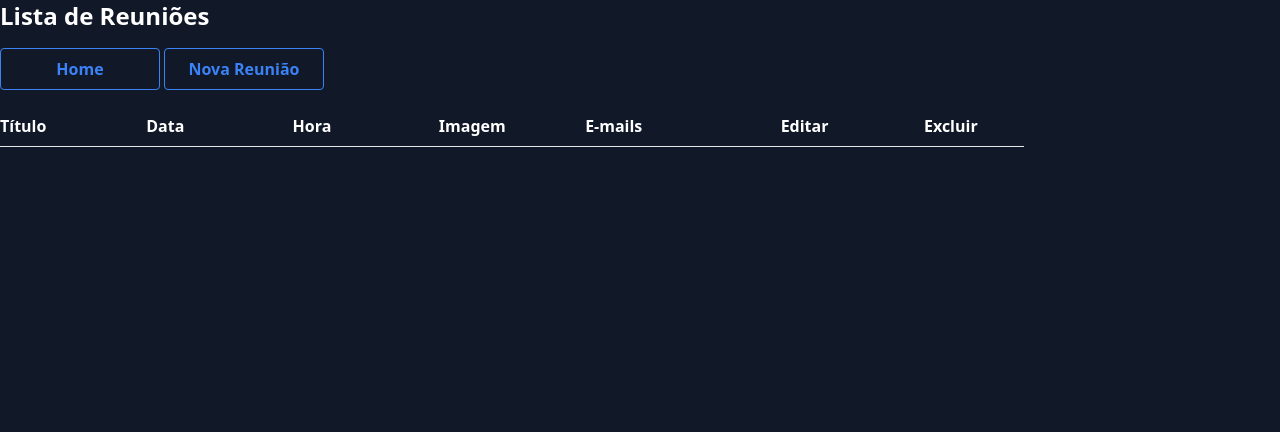
Repository: TamiBeira/meeting
Page: /meetings
An editor plug-in stored every save of this project. The page is shown before and after the next save, followed by the edit.
The browser window is 1280 px wide. The pictures show the whole page.
The project was rebuilt for these pictures with package versions that can differ from the ones it lists, and the page was loaded fresh each time. Also part of the build but not shown: vite.config.ts, src/contexts/FormContext.tsx, src/components/Form.tsx, src/components/HomePage.tsx.

Above is the page before, as saved 2024-02-27 00:39:38.

### index.html
<!doctype html>
<html lang="pt">
  <head>
    <meta charset="UTF-8" />
    <meta name="viewport" content="width=device-width, initial-scale=1.0" />
    <title>Meeting</title>
  </head>
  <body>
    <div id="root"></div>
    <script type="module" src="/src/main.tsx"></script>
  </body>
</html>

### src/app.tsx
import { BrowserRouter as Router, Routes, Route } from 'react-router-dom';
import { FormProvider } from './contexts/FormContext';
import { MeetingsProvider } from './contexts/MeetingsContext';
import { Form } from './components/Form';
import { MeetingsView } from './components/MeetingsView';
import { HomePage } from './components/HomePage';

export const App = () => {
  return (
    <Router>
      <Routes>
        <Route path="/" element={<HomePage />} />
        <Route path="/form" element={<FormProvider><Form /></FormProvider>} />
        <Route path="/meetings" element={<MeetingsProvider><MeetingsView /></MeetingsProvider>} />
      </Routes>
    </Router>
  );
};

### src/contexts/MeetingsContext.tsx
import React, { createContext, useState, useEffect, useContext } from 'react';
import { toast } from 'react-toastify';

export interface Meeting {
  title: string;
  data: string;
  hora: string;
  imagem?: string;
  imagemPath?: string;
  emails: string[];
}

interface MeetingsContextType {
  meetings: Meeting[];
  editableIndex: number | null;
  editedMeeting: Meeting;
  handleEdit: (index: number) => void;
  handleSave: () => void;
  handleDelete: (index: number) => void;
  handleInputChange: (event: React.ChangeEvent<HTMLInputElement>, key: string) => void;
}

interface MeetingContextProviderProps {
  children: React.ReactNode;
}

const MeetingsContext = createContext<MeetingsContextType | undefined>(undefined);

export const useMeetingsContext = () => {
  const context = useContext(MeetingsContext);
  if (!context) {
    throw new Error('useMeetingsContext must be used within a MeetingsProvider');
  }
  return context;
};

export const MeetingsProvider: React.FC<MeetingContextProviderProps> = ({ children }) => {
  const [meetings, setMeetings] = useState<Meeting[]>([]);
  const [editableIndex, setEditableIndex] = useState<number | null>(null);
  const [editedMeeting, setEditedMeeting] = useState<Meeting>({
    title: '',
    data: '',
    hora: '',
    emails: [],
  });

  useEffect(() => {
    const storedMeetings = localStorage.getItem('meetingData');
    if (storedMeetings) {
      setMeetings(JSON.parse(storedMeetings));
    }
  }, []);

  const handleEdit = (index: number) => {
    setEditableIndex(index);
    setEditedMeeting(meetings[index]);
  };

  const handleSave = () => {
    if (editableIndex === null) return;

    const updatedMeetings = [...meetings];
    updatedMeetings[editableIndex] = editedMeeting;
    setMeetings(updatedMeetings);
    localStorage.setItem('meetingData', JSON.stringify(updatedMeetings));
    setEditableIndex(null);
    setEditedMeeting({
      title: '',
      data: '',
      hora: '',
      emails: [],
    });
    toast.success('Reunião salva com sucesso!');
  };

  const handleDelete = (index: number) => {
    const confirmDelete = window.confirm('Tem certeza que deseja excluir esta reunião?');
    if (confirmDelete) {
      const updatedMeetings = [...meetings];
      updatedMeetings.splice(index, 1);
      setMeetings(updatedMeetings);
      localStorage.setItem('meetingData', JSON.stringify(updatedMeetings));
      toast.success('Reunião excluída com sucesso!');
    }
  };

  const handleInputChange = (event: React.ChangeEvent<HTMLInputElement>, key: string) => {
    setEditedMeeting({ ...editedMeeting, [key]: event.target.value });
  };

  const contextValue: MeetingsContextType = {
    meetings,
    editableIndex,
    editedMeeting,
    handleEdit,
    handleSave,
    handleDelete,
    handleInputChange,
  };

  return (
    <MeetingsContext.Provider value={contextValue}>
      {children}
    </MeetingsContext.Provider>
  );
};

### src/components/MeetingsView.tsx
import React from 'react';
import { Link } from 'react-router-dom';
import { ToastContainer } from 'react-toastify';
import { FaEdit, FaTrash } from 'react-icons/fa';
import { useMeetingsContext } from '../contexts/MeetingsContext';

export const MeetingsView: React.FC = () => {
  const {
    meetings,
    editableIndex,
    editedMeeting,
    handleEdit,
    handleSave,
    handleDelete,
    handleInputChange,
  } = useMeetingsContext();

  const handleImageChange = (e: React.ChangeEvent<HTMLInputElement>) => {
    const file = e.target.files && e.target.files[0];
    if (file) {
      const reader = new FileReader();
      reader.onloadend = () => {
        const imageDataUrl = reader.result as string;
        handleInputChange({ target: { value: imageDataUrl } } as React.ChangeEvent<HTMLInputElement>, 'imagem');
      };
      reader.readAsDataURL(file);
    }
  };

  return (
    <div className="flex-col items-center bg-gray-900 w-full h-screen">
      <h2 className="text-2xl text-white font-bold mb-4">Lista de Reuniões</h2>
      <div className="mt-4 mb-4">
        <Link to="/" className="w-40 mr-1 inline-block text-center border border-solid border-blue-500 text-blue-500 font-bold px-4 py-2 rounded">Home</Link>
        <Link to="/form" className="w-40 inline-block text-center border border-solid border-blue-500 text-blue-500 font-bold mr-2 px-4 py-2 rounded">Nova Reunião</Link>
      </div>
      <ul>
        <li className="border-b border-gray-200 py-2 flex sm:flex-row font-semibold max-w-5xl">
          <div className="w-1/5 text-white">Título</div>
          <div className="w-1/5 text-white">Data</div>
          <div className="w-1/5 text-white">Hora</div>
          <div className="w-1/5 text-white">Imagem</div>
          <div className="w-1/5 text-white">E-mails</div>
          <div className="w-1/5 text-white text-center">Editar</div>
          <div className="w-1/5 text-white text-center">Excluir</div>
        </li>
        {meetings.map((meeting, index) => (
          <li key={index} className="max-w-5xl border-b border-gray-200 py-4 flex flex-col sm:flex-row justify-center items-center">
            {editableIndex === index ? (
              <>
                <input
                  type="text"
                  value={editedMeeting.title}
                  onChange={(e) => handleInputChange(e, 'title')}
                  className="mb-2 sm:mb-0 mr-4 px-4 py-2 border rounded-md shadow-sm focus:outline-none focus:ring-blue-500 focus:border-blue-500 max-w-28"
                  placeholder="Título"
                />
                <input
                  type="date"
                  value={editedMeeting.data}
                  onChange={(e) => handleInputChange(e, 'data')}
                  className="mb-2 sm:mb-0 mr-4 px-4 py-2 border rounded-md shadow-sm focus:outline-none focus:ring-blue-500 focus:border-blue-500"
                />
                <input
                  type="time"
                  value={editedMeeting.hora}
                  onChange={(e) => handleInputChange(e, 'hora')}
                  className="mb-2 sm:mb-0 mr-4 px-4 py-2 border rounded-md shadow-sm focus:outline-none focus:ring-blue-500 focus:border-blue-500"
                />
                <div className="flex items-center w-1/5">
                  <input
                    type="file"
                    accept="image/*"
                    onChange={handleImageChange}
                    className="hidden"
                    id="input-image"
                  />
                  <label htmlFor="input-image" className="cursor-pointer mr-2 underline text-blue-500">Escolher outra imagem</label>
                  {editedMeeting.imagem && (
                    <img src={editedMeeting.imagem} alt="Imagem da reunião" className="max-w-xs h-12" />
                  )}
                </div>
                <input
                  type="text"
                  value={editedMeeting.emails.join(', ')}
                  onChange={(e) => handleInputChange(e, 'emails')}
                  className="mb-2 sm:mb-0 mr-4 px-4 py-2 border rounded-md shadow-sm focus:outline-none focus:ring-blue-500 focus:border-blue-500 w-64"
                  placeholder="E-mails"
                />
                <div>
                  <button
                    onClick={handleSave}
                    className="bg-green-500 hover:bg-green-700 text-white font-bold py-2 px-4 mr-2 rounded"
                  >
                    Salvar
                  </button>
                </div>
              </>
            ) : (
              <>
                <div className="w-1/5 text-white">{meeting.title}</div>
                <div className="w-1/5 text-white">{meeting.data}</div>
                <div className="w-1/5 text-white">{meeting.hora}</div>
                <div className="w-1/5 text-white">
                  <img src={meeting.imagem} alt="Imagem da reunião" width={50} height={50}/>
                </div>
                <div className="w-1/5 text-white">{Array.isArray(meeting.emails) ? meeting.emails.join(', ') : ''}</div>
                <div className="w-1/5 text-center text-white">
                  <button
                    onClick={() => handleEdit(index)}
                    className="text-blue-500 font-bold"
                  >
                    <FaEdit className="inline-block mr-1" />
                  </button>
                </div>
                <div className='w-1/5 justify-center text-center'>
                  <button
                    onClick={() => handleDelete(index)}
                    className="text-red-500 font-bold"
                  >
                    <FaTrash className="inline-block mr-1" />
                  </button>
                </div>
              </>
            )}
          </li>
        ))}
      </ul>
      <ToastContainer />
    </div>
  );
};

### tailwind.config.js
/** @type {import('tailwindcss').Config} */
export default {
  content: [
    "./index.html",
    "./src/**/*.tsx",
  ],
  theme: {
    extend: {},
  },
  plugins: [],
}

Loaded but not shown: src/main.tsx (common file); src/index.css (common file)

After the next save:
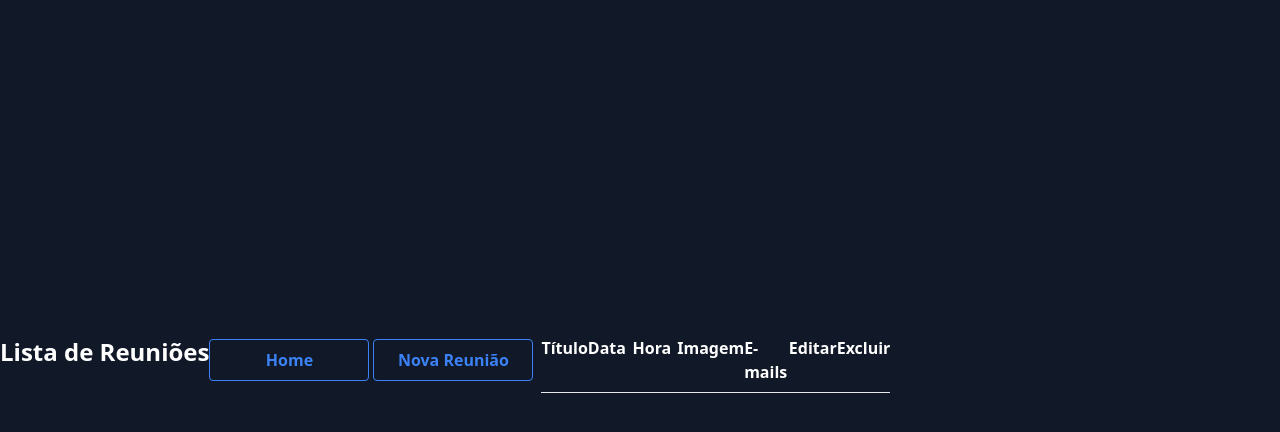
Saved 9 s later.
--- a/src/components/MeetingsView.tsx
+++ b/src/components/MeetingsView.tsx
@@ -28,7 +28,7 @@ export const MeetingsView: React.FC = () => {
   };
 
   return (
-    <div className="flex-col items-center bg-gray-900 w-full h-screen">
+    <div className="flex  items-center bg-gray-900 w-full h-screen">
       <h2 className="text-2xl text-white font-bold mb-4">Lista de Reuniões</h2>
       <div className="mt-4 mb-4">
         <Link to="/" className="w-40 mr-1 inline-block text-center border border-solid border-blue-500 text-blue-500 font-bold px-4 py-2 rounded">Home</Link>
